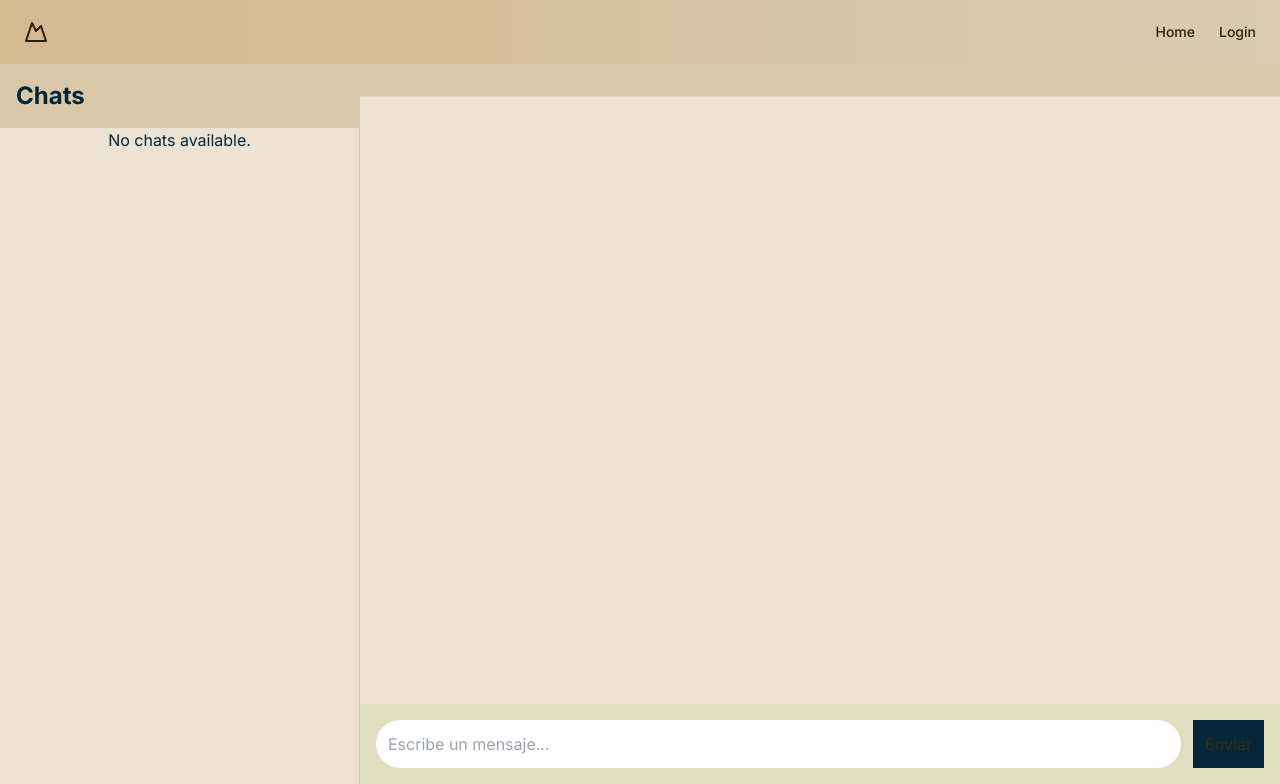
Repository: IIandreeii/Front-endTesis
Page: /mensajes
An editor plug-in stored every save of this project. The page is shown before and after a run of saves, followed by the edit.
The browser window is 1280 px wide. The pictures show the whole page.
The page's requests for data from a server got no answer. The project was rebuilt for these pictures with package versions that can differ from the ones it lists, and the page was loaded fresh each time. The framework's server and built-in components were replaced by stand-ins that run in the browser. No one was signed in, and anything a server would have sent is missing. Also part of the build but not shown: next.config.mjs.

Above is the page before, as saved 2024-11-12 04:14:27.

After the next 2 saves:
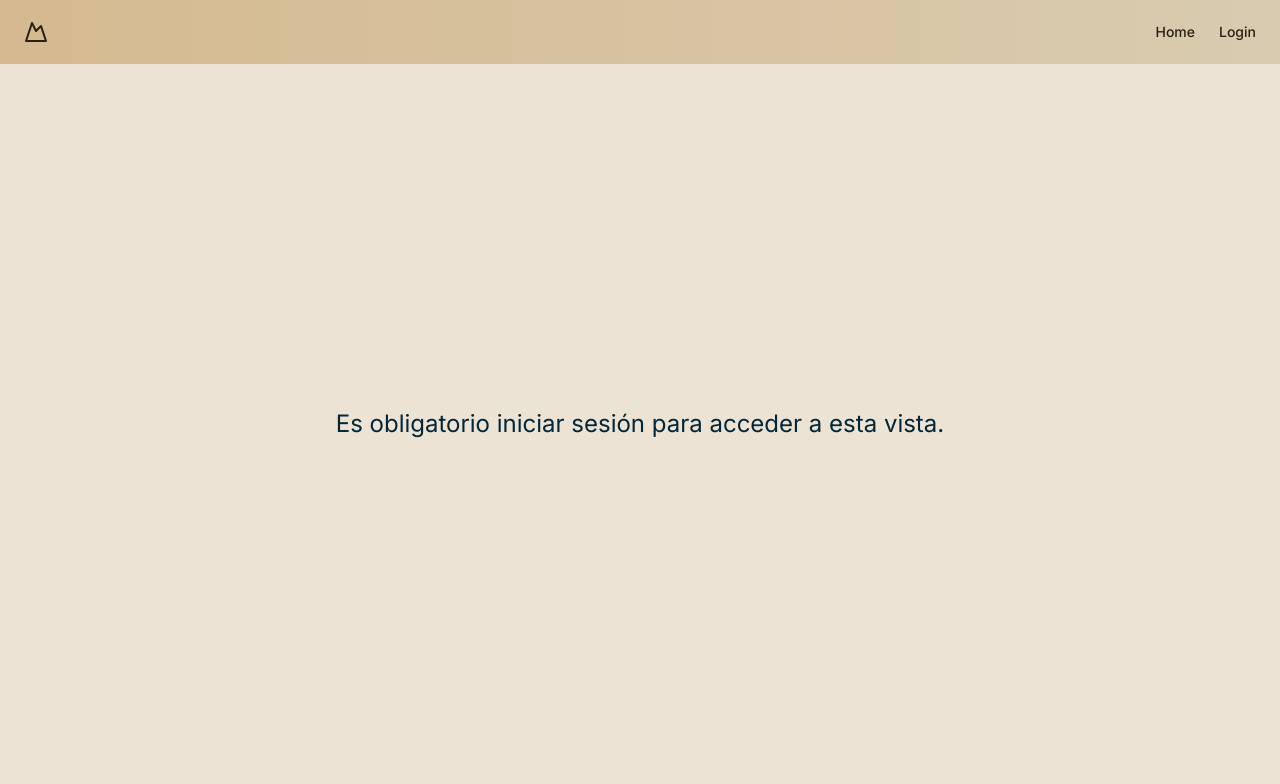
The 2 saves are shown as one change because they came seconds apart.
The last was saved 2 min 41 s later.
--- a/src/components/component/fb-messenger-complete.jsx
+++ b/src/components/component/fb-messenger-complete.jsx
@@ -12,11 +12,17 @@ const FbMessengerSimple = ({ receiverId }) => {
   const [chatPreviews, setChatPreviews] = useState([]);
   const [recipientName, setRecipientName] = useState('');
   const [currentReceiverId, setCurrentReceiverId] = useState(receiverId);
-
-  const token = localStorage.getItem('authToken');
+  const [isAuthenticated, setIsAuthenticated] = useState(false);
+
+  const token = typeof window !== 'undefined' ? localStorage.getItem('authToken') : null;
 
   useEffect(() => {
     const fetchProfile = async () => {
+      if (!token) {
+        setIsAuthenticated(false);
+        return;
+      }
+
       try {
         const res = await fetch(`http://localhost:3001/profile?secret_token=${token}`, {
           method: 'GET',
@@ -31,13 +37,16 @@ const FbMessengerSimple = ({ receiverId }) => {
         const data = await res.json();
         if (data.user) {
           setUser({ ...data.user, type: 'user' });
+          setIsAuthenticated(true);
         } else if (data.charity) {
           setUser({ ...data.charity, type: 'charity' });
+          setIsAuthenticated(true);
         } else {
           throw new Error('Profile not found');
         }
       } catch (error) {
         console.error('Error:', error);
+        setIsAuthenticated(false);
       }
     };
 
@@ -134,6 +143,10 @@ const FbMessengerSimple = ({ receiverId }) => {
     setRecipientName(recipient.name);
     setCurrentReceiverId(recipient.id);
   };
+
+  if (!isAuthenticated) {
+    return <div className="flex h-screen items-center justify-center bg-[#ECE3D4]"><p className="text-2xl text-[#042637]">Es obligatorio iniciar sesión para acceder a esta vista.</p></div>;
+  }
 
   return (
     <div className="flex h-screen bg-[#ECE3D4]">
